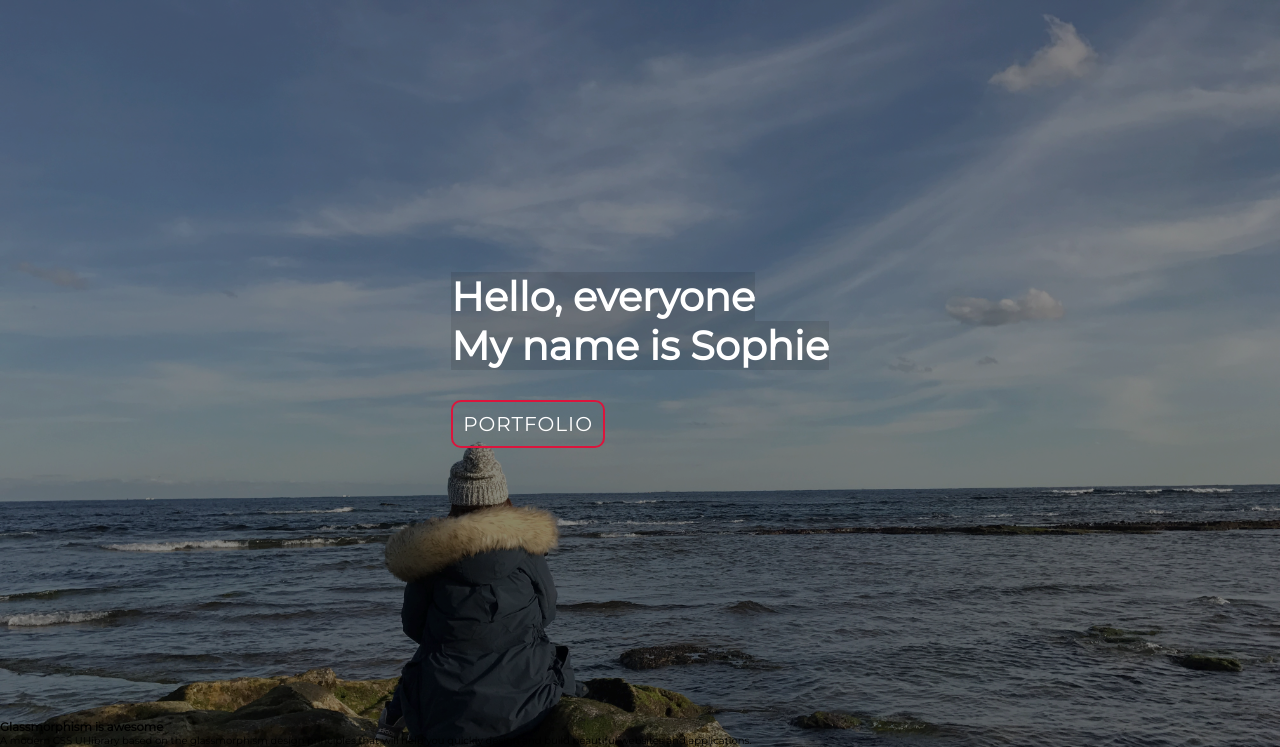
Repository: wenxi0504/StaticWebsite_Profolio
Page: index.html
An editor plug-in stored every save of this project. The page is shown before and after the next save, followed by the edit.
The browser window is 1280 px wide. The pictures show the whole page.

Above is the page before, as saved 2022-03-02 23:56:13.

After the next save:
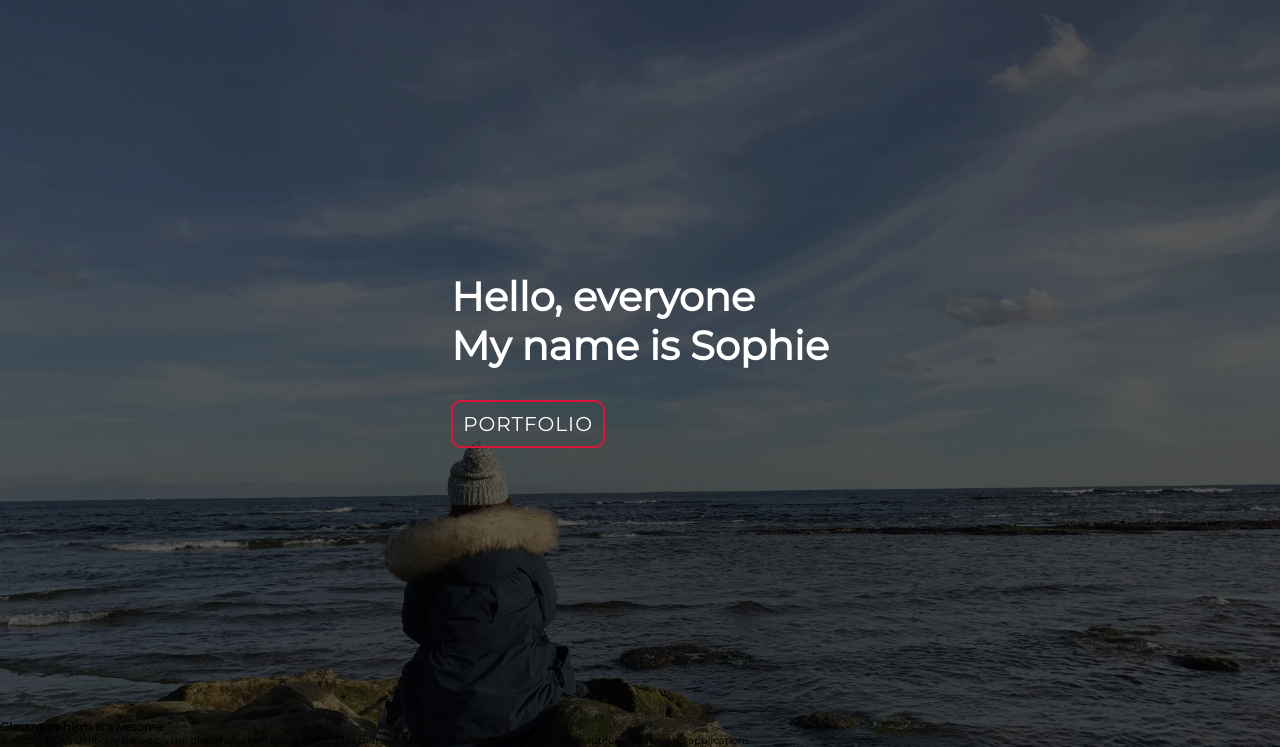
Saved 51 s later.
--- a/style.css
+++ b/style.css
@@ -60,17 +60,14 @@ justify-content: center;
   display: flex;
   width: fit-content;
   font-size: 4rem;
-  position: relative;
   color: white;
-  background:transparent;
-
-  animation: text_reveal 0.5s ease forwards;
-  animation-delay: 1s;
+  /* animation: text_reveal 0.5s ease forwards;
+  animation-delay: 1s; */
 
 
 }
 
-#myIntro h1:nth-child(1){
+/* #myIntro h1:nth-child(1){
 
   animation-delay:1s;
 }
@@ -90,14 +87,14 @@ background-color:crimson;
 animation: text_reveal_box 1s ease;
 animation-delay:0.5s
 
-} */
+}
 
 #myIntro h1:nth-child(1) span {
 	animation-delay: 0.5s;
 }
 #myIntro h1:nth-child(2) span {
 	animation-delay: 1.5s;
-}
+} */
 
 #myIntro .cta {
   display: inline-block;
